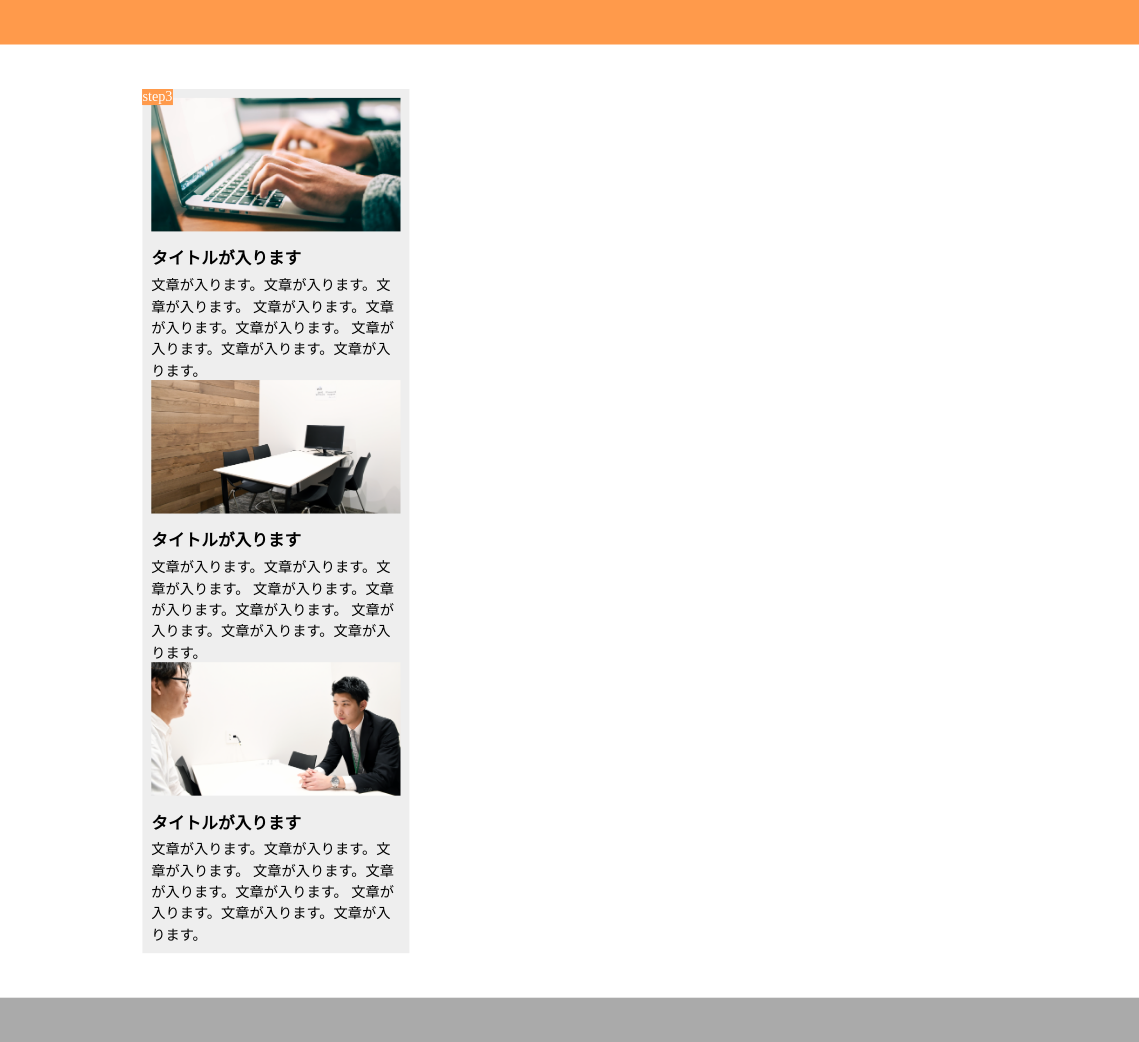
Repository: Kaori199701/-1
Page: 課題1/chapter9-index.html
The author's editor kept a record of every edit. The page is drawn from the files as they stood at one moment, then again after the next edit.
The browser window is 1280 px wide. The pictures show the whole page, at 89% of full size.

Above is the page before.

After the next edit:
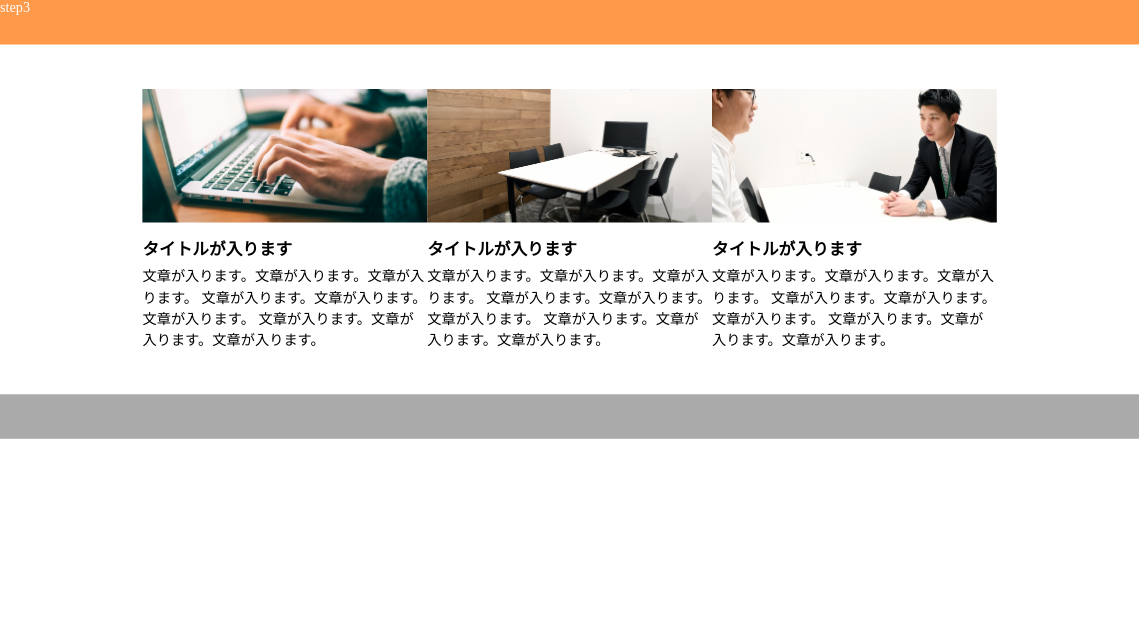
The edit:
--- a/課題1/chapter9-index.html
+++ b/課題1/chapter9-index.html
@@ -16,7 +16,6 @@
      <!-- main用のdiv -->
      <main>
        <!-- 内容 -->
-       <div class="contents-box">
          <!-- 1コ目の記事-->
          <div class="contents">
            <div class="step-img1"></div>
